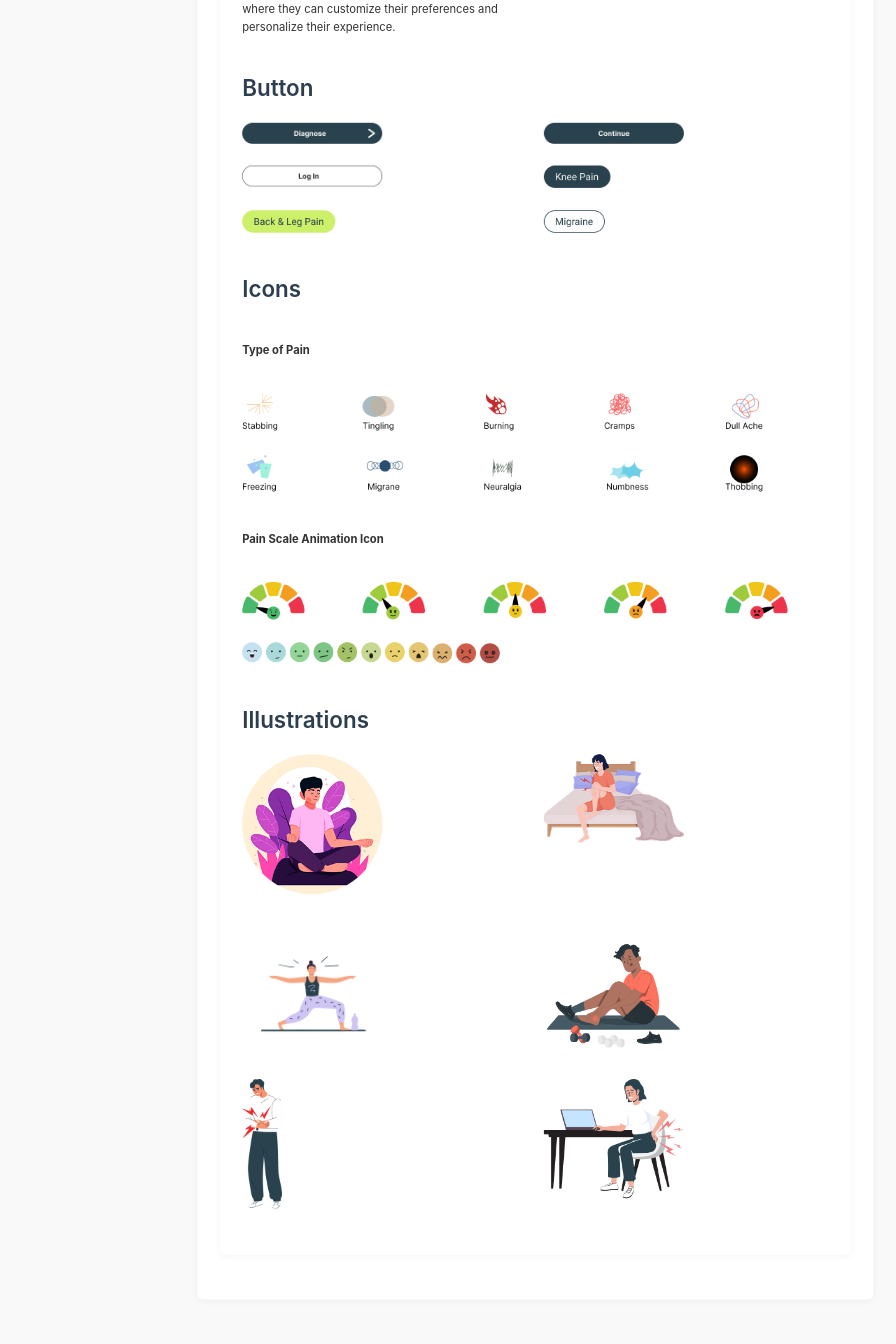
Repository: rosielee09/Heal_U
Page: graphics.html
An editor plug-in stored every save of this project. The page is shown before and after the next save, followed by the edit.
The browser window is 1280 px wide. The pictures show the part of the page from y = 1239 to 3159 px (the page is 3159 px tall before and 3152 px after), at 70% of full size.

Above is the page before, as saved 2025-04-03 21:54:22.

After the next save:
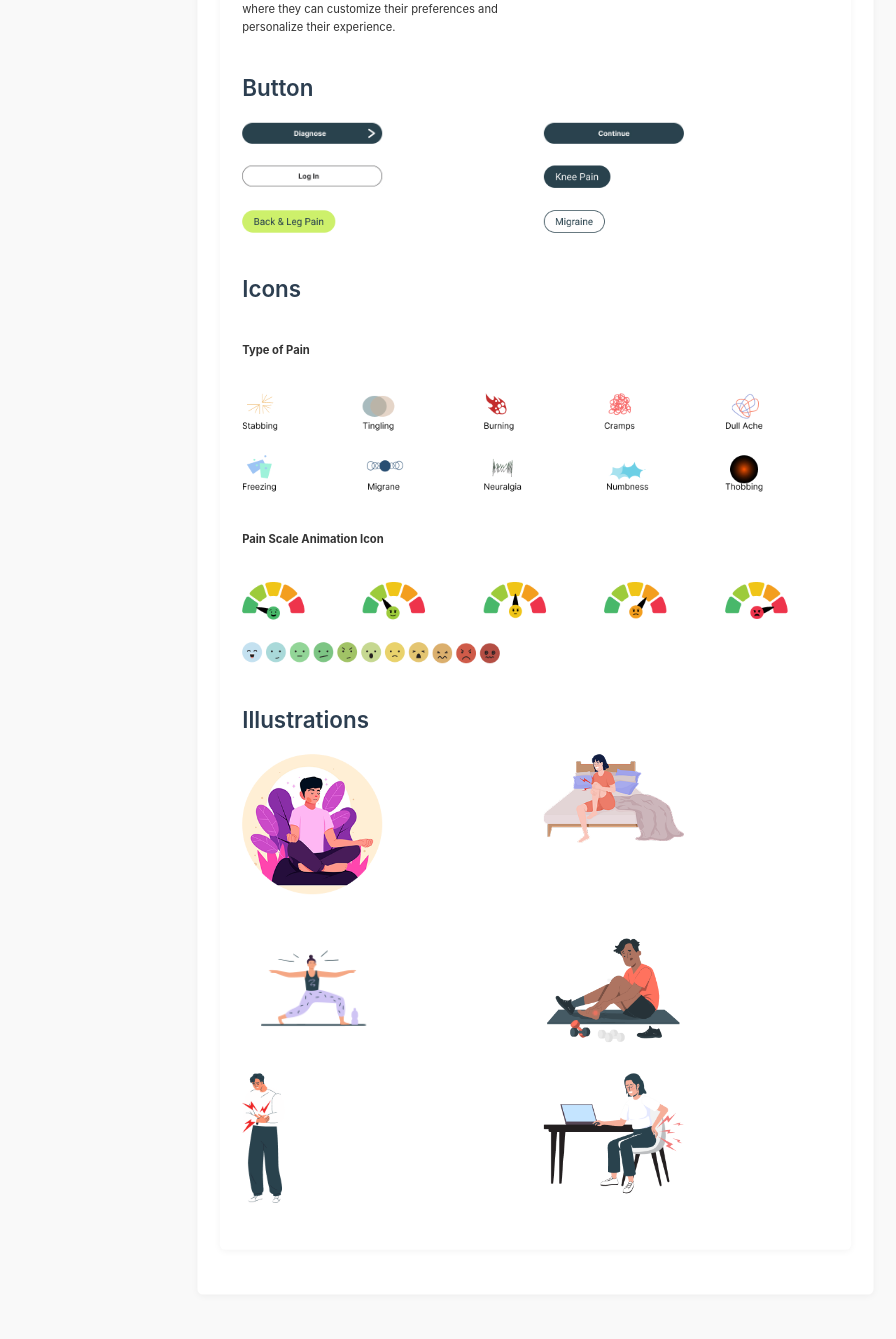
Saved 19 s later.
--- a/styles.css
+++ b/styles.css
@@ -243,6 +243,11 @@ body {
 
 }
 
+.graphic-item-illustrations{
+    max-width: 200px;
+    max-height: 200px;
+}
+
 .graphic-menu__icon{
     margin: 10px;
 }
